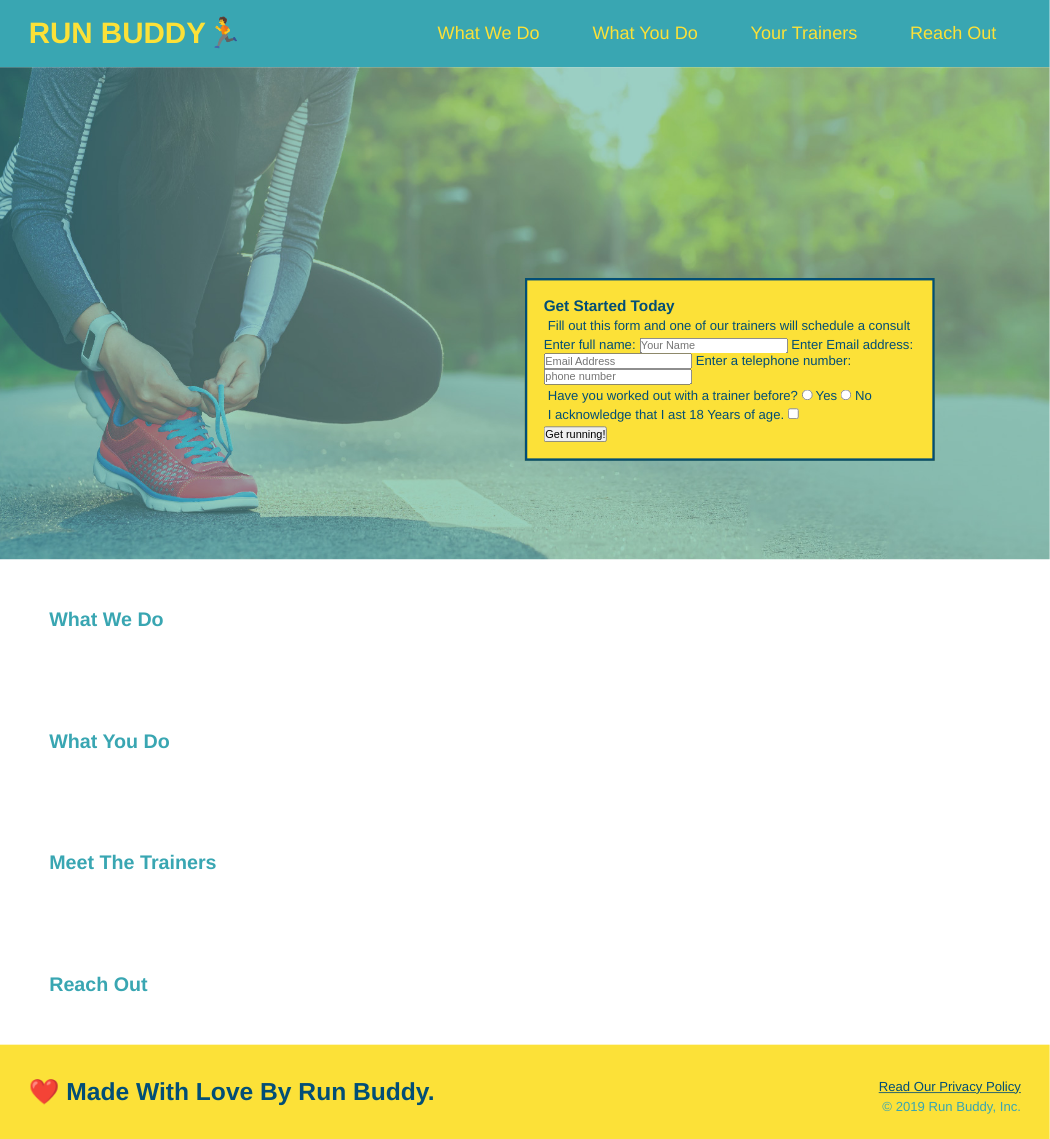
Repository: pilar122/run-buddy
Page: index.html
An editor plug-in stored every save of this project. The page is shown before and after the next save, followed by the edit.
The browser window is 1280 px wide. The pictures show the whole page, at 82% of full size.

Above is the page before, as saved 2023-01-21 14:49:46.

After the next save:
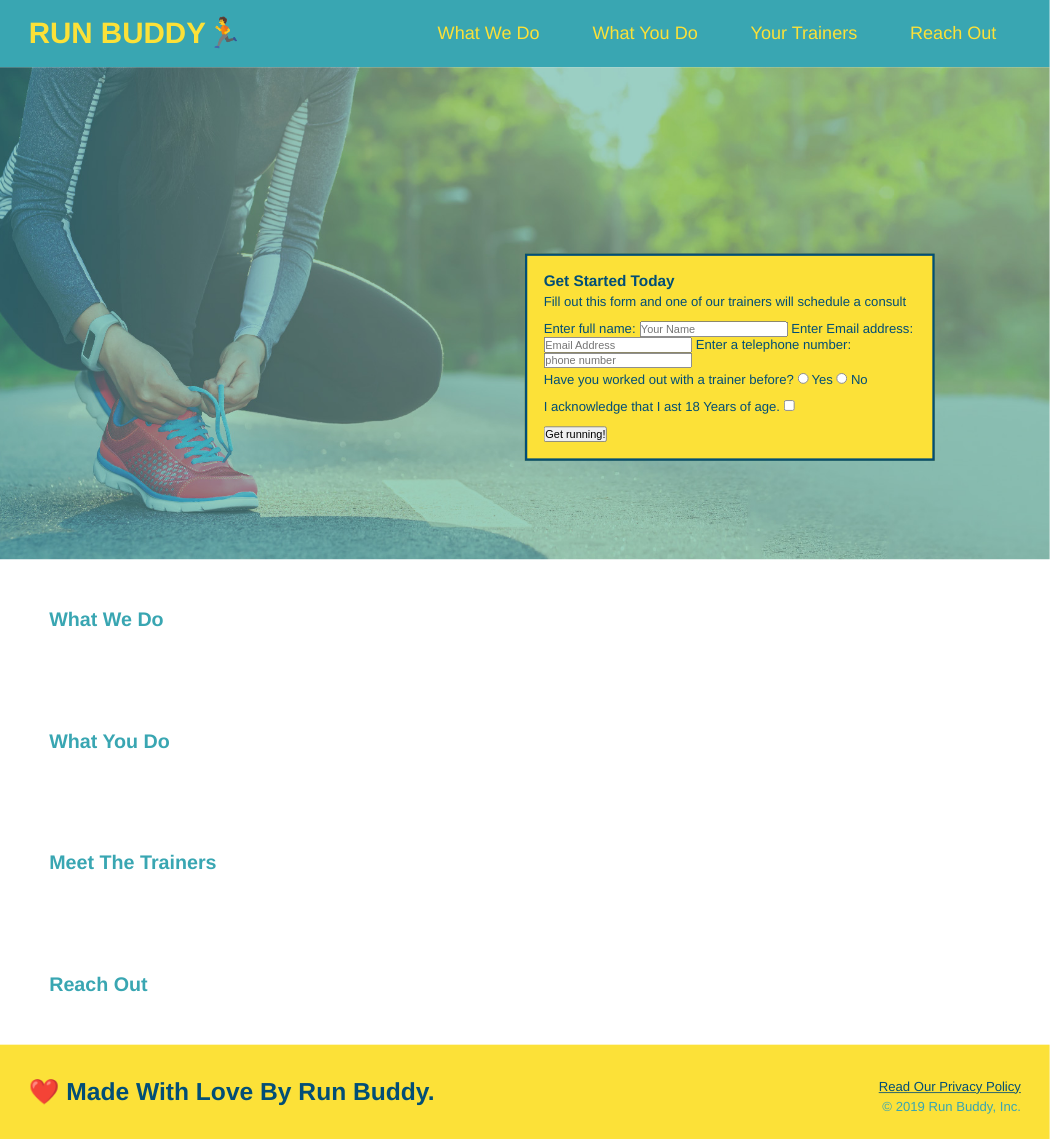
Saved 6 s later.
--- a/assets/css/style.css
+++ b/assets/css/style.css
@@ -97,5 +97,5 @@ section h3 {
 }
 
 .hero-form p {
-    margin: 5px;
+    margin: 5px 0 15px 0;
 }
